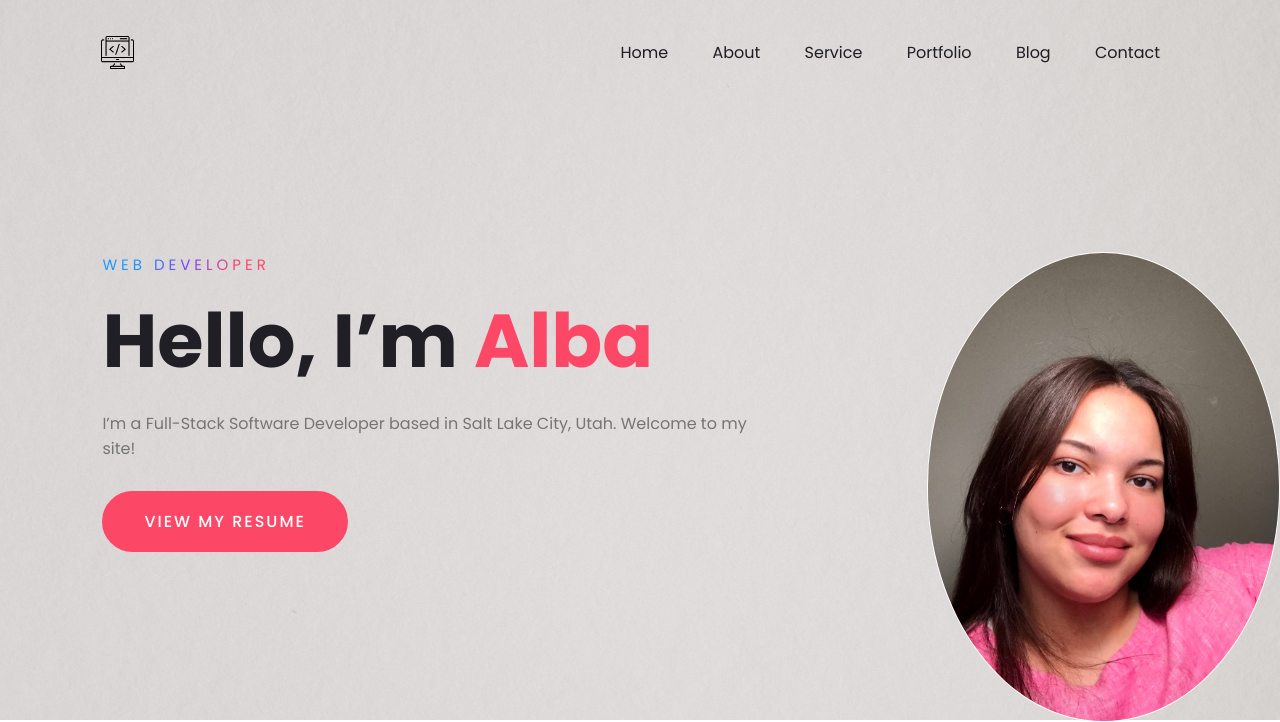
Repository: pilar122/port
Page: index.html
The author's editor kept a copy of each file at every save. The page is drawn from the files as they stood at one save, then again after the next save.
The browser window is 1280 px wide. The pictures show the whole page.

Above is the page before, as saved 2022-01-29 15:22:51.

### index.html
<!DOCTYPE html>
<html lang="en">
<head>
    <meta charset="UTF-8">
    <title>Personal Portfolio Website</title>
    <!----CSS link----->
    <link rel="stylesheet" href="style.css">
</head>
<body>
    <div class="hero">
        <nav>
            <img src="./img/coding.png" class="logo">
            <ul>
                <li><a href="#">Home</a></li>
                <li><a href="#">About</a></li>
                <li><a href="#">Service</a></li>
                <li><a href="#">Portfolio</a></li>
                <li><a href="#">Blog</a></li>
                <li><a href="#">Contact</a></li>
            </ul>

        </nav>
        <div class="content">
            <img src="./img/ap.JPG" class="img">
            <span class="title">Web Developer</span>
            <h1>Hello, I’m <span>Alba</span></h1>
            <p>I’m a Full-Stack Software Developer based in Salt Lake City, Utah. Welcome to my site!</p>
            <a href="https://docs.google.com/document/d/1-5NqQs53X55snoyWaPBF-iuk-xL4VE2I0psmDuApD5Q/edit?usp=sharing" class="btn"> View my Resume</a>
        </div>
    </div>
</body>
</html>

### style.css
@import url('https://fonts.googleapis.com/css2?family=Poppins:wght@400;500;600;700&display=swap');
*{
    margin: 0;
    padding: 0;
    box-sizing: border-box;
    font-family: 'Poppins', sans-serif;
}
a{
    text-decoration: none;
}
.hero{
    width: 100%;
    height: 100vh;
    background: url(img/bg1.jpg);
    background-size: cover;
}
nav{
    display: flex;
    align-items: center;
    justify-content: space-between;
    padding: 30px 100px;
}
.logo{
    max-height: 35px;
}
nav ul li{
    list-style: none;
    display: inline-block;
    padding: 10px 20px;
}
nav ul li a{
    color: #1d1d24;
    position: relative;
    padding: 5px 0;
}
nav ul li a:hover{
    color: #fd4766;
}
nav ul li a:after{
    content: "";
    position: absolute;
    left: 0;
    width: 0;
    height: 3px;
    background: #fd4766;
    transition: .3s;
    bottom: 0;
}
nav ul li a:hover:after{
    width: 100%;
}
.btn{
    color: #fff;
    font-size: 16px;
    text-transform: uppercase;
    letter-spacing: 2px;
    padding: 16px 40px;
    border-radius: 500px;
    display: inline-block;
    font-weight: 500;
    transition: all .4s ease-in-out;
    background-size: 152% 100%;
    background: #fd4766;
    border: 2px solid #fd4766;
}
.btn:hover{
    background: transparent;
    border-color: #fd4766;
    color: #fd4766;
}
.content{
    position: absolute;
    top: 35%;
    left: 8%;
}
.content .title{
    color: #1f1f25;
    font-size: 15px;
    text-transform: uppercase;
    letter-spacing: 4px;
    display: inline-block;
    margin-bottom: 20px;
    background: linear-gradient(120deg, #1c99fe 20.69%, #7644ff 50.19%,#fd4766 79.69%);
    -webkit-background-clip: text;
    -webkit-text-fill-color: transparent;
}
.content h1{
    color: #1f1f25;
    font-size: 75px;
    font-weight: 900;
    line-height: 90px;
    text-transform: inherit;
    width: 70%;
}
.content h1 span{
    color: #fd4766;
}
.content p{
    width: 55%;
    color: #757575;
    margin-top: 25px;
    margin-bottom: 30px;
}

.content .img{
    max-width: 30%;
    max-width: 30%;
    border-radius: 50%;
    float: right;
    border: 1px solid rgb(255, 252, 252);
}

After the next save:
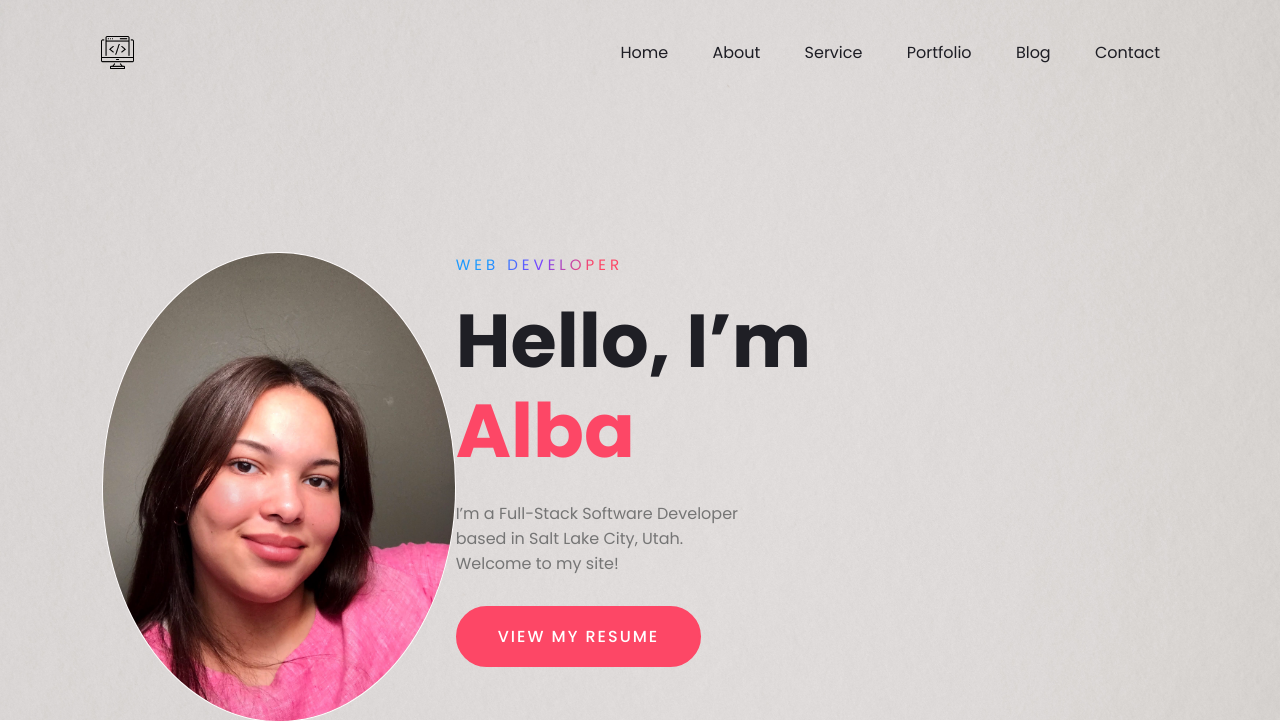
Saved 34 s later.
--- a/style.css
+++ b/style.css
@@ -106,6 +106,6 @@ nav ul li a:hover:after{
     max-width: 30%;
     max-width: 30%;
     border-radius: 50%;
-    float: right;
+    float: left;
     border: 1px solid rgb(255, 252, 252);
 }
